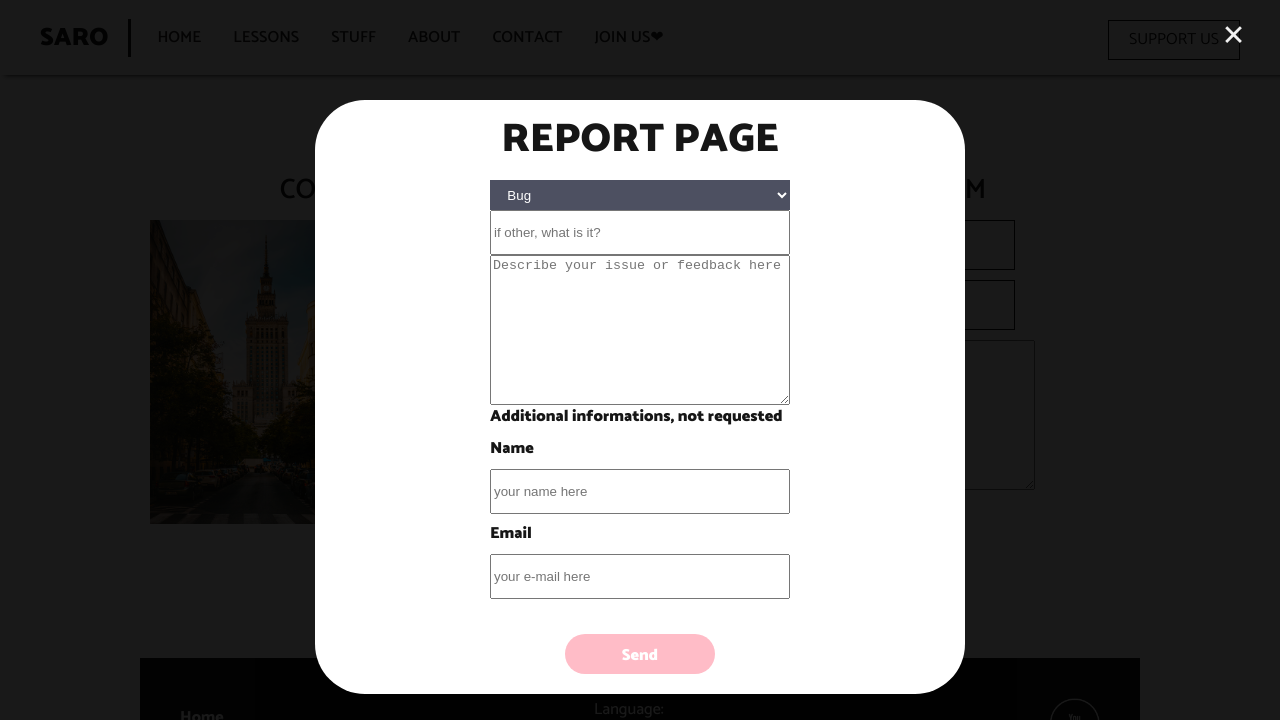
Repository: michalskirobert/SARO
Page: contact.html
The author's editor kept a copy of each file at every save. The page is drawn from the files as they stood at one save, then again after the next save.
The browser window is 1280 px wide. The pictures show the window.
Empty fields were first filled with sample values (such as "Sample", 5 or name@example.com).
After loading, the first visible `button.report` was clicked once.
A layer covers the whole window, so only the first screen is drawn.

Above is the page before, as saved 2020-10-30 14:10:45.

### contact.html
<!DOCTYPE html>
<html lang="en">

<head>
    <meta charset="UTF-8">
    <meta name="description"
        content="We are SARO. We offer free Polish lessons! This project was created as a result of a desire to help people, teaching the Polish language and share our culture and curiosities">
    <meta name="keywords"
        content="Polish lessons, Polish lessons online, online, lessons online, Polish online, free Polish lessons, polish lessons, Polska, polskie lekcje, lekcje języka polskiego, przepisy, recipes, recipe, polish foods recipe, recipes of Polish foods, żurek, naleśniki, gołąbki, żurek recipe, naleśniki recipe, gołąbki recipe, Polish cabbage rolls recipe, Polish free lessons, how to learn Polish, where to learn Polish, przypadki, polish declensions, how to make Polish words, how to make Polish sentences, SARO, SARO Polish lessons for free, SARO Polish, saro Polish lessons, Polish, Poland, Polska, polski, język polski, Polish hangman, saro, course, online, courses, english, japanese, Polish, Polish lessons, Polish curiosities, Polish tradition, Saro Polish langauge lessons online, Polish grammar, Polish media, Polish movies, Polish music, Polish foods, Polish food, pierogi, naleśniki, the best website for studying Polish, Polish lessons, Polish dictionary, Saro, Sa, Ro, Saki, Robert, Polish pronunciation, how to speak Polish, Warszawa, Warsaw, Wrocław, Wroclaw, Gdańsk, Polish cases, przypadki, Polish ortography, Polish culture, Polish traditions">
    <meta name="author" content="Robert Michalski">
    <meta name="viewport" content="width=device-width, initial-scale=1.0">
    <meta property="og:site_name" content="Saro.Website with free Polish lessons" />
    <meta property="og:url" content="www.saro.website" />
    <meta property="og:type" content="website" />
    <meta name="title" property="og:title" content="Saro.Website with free Polish lessons" />
    <meta name="image" property="og:image" content="https://saro.website/assets/img/bg/header-banner.jpg" />
    <meta property="og:image:type" content="image/png">
    <meta property="og:image:width" content="1024">
    <meta property="og:image:height" content="1024">
    <script defer src="https://saro.website/assets/js/cookie.js"></script>
    <script data-ad-client="ca-pub-5704095251892500" defer
        src="https://pagead2.googlesyndication.com/pagead/js/adsbygoogle.js"></script>
    <link rel="stylesheet" href="./assets/style/css/style.css">
    <title>Welcome to SARO - Contact</title>
</head>

<body>
    <header>
        <a href="index.html" class="header-brand">SARO</a>
        <nav>
            <button class="hamburger" aria-expanded="false">
                <div class="bar"></div>
                <div class="bar"></div>
                <div class="bar"></div>
            </button>
            <ul class="nav__desktop">
                <li><a class="nav" href="./index.html">Home</a></li>
                <li><a class="nav" href="./lessons.html">Lessons</a></li>
                <li><a class="nav" href="./stuff/index.html">Stuff</a></li>
                <li><a class="nav" href="./about.html">About</a></li>
                <li><a class="nav" href="./contact.html">Contact</a></li>
                <li><a class="nav" href="./join/">Join us❤</a></li>
            </ul>
            <a href="support_us.html" class="header-cases">Support us</a>
        </nav>
        <ul class="nav-list">
            <li><a href="index.html" class="header-brand--after">SARO</a></li>
            <li><a class="nav-links" href="./index.html">Home</a></li>
            <li><a class="nav-links" href="./lessons.html">Lessons</a></li>
            <li><a class="nav-links" href="./stuff/index.html">Stuff</a></li>
            <li><a class="nav-links" href="./about.html">About</a></li>
            <li><a class="nav-links" href="./contact.html">Contact</a></li>
            <li><a class="nav-links" href="./join/">Join us❤</a></li>
            <li><a class="nav-links" href="./support_us.html">Support us❤</a></li>
        </ul>
        <script src="./assets/js/menu.js"></script>
    </header>
    <main>
        <section class="contact">
            <div class="wrapper">
                <h1>Contact</h1>
                <div class="contact__container">
                    <div class="contact__box contact__box--item">
                        <div class="contact__box">
                            <h2>Contact center</h2>
                            <img class="image-left__center" src="./assets/img/embl/warsaw_pkin.jpg" alt="Contact SARO">
                            <p>You can contact us anytime you want! We will try our best to replay to you as fast as
                                possible.</p>
                            <p>The waiting time shoudln't be longer than 48 hours. You can use Japanese, Korean, English
                                or
                                even Polish or you can write to us by your own <a
                                    href="mailto:contact@saro.website">contact@saro.website</a></p>
                        </div>
                    </div>
                    <div class="contact__box contact__box--item">
                        <div class="contact__box">
                            <h2>Contact form</h2>
                            <form method="post">
                                <input type="text" name="language" id="language" value="en" style="display: none;">
                                <input type="text" name="name" id="name" class="form-control"
                                    placeholder=" Enter here your name..." required>
                                <p id="nameValid"></p>
                                <input type="email" name="email" id="email" class="form-control"
                                    placeholder=" Enter your e-mail here.." required>
                                <p id="emailValid"></p>
                                <textarea name="message" id="message" placeholder=" Enter your message here..." row="10"
                                    required></textarea>
                                <p id="msgValid"></p>
                                <div class="g-recaptcha" data-sitekey="6LePq8oZAAAAADzsXuOoCMldDwNQAVSSZPkOCebE"></div>
                                <p id="ajaxResponseSuccess" role="alert">
                                </p>
                                <p id="ajaxResponseFail" role="alert">
                                </p>
                                <button type="button" onclick="sendMail()" class="form__button">Send
                                    message</button>
                            </form>
                        </div>
                    </div>
                    <div class="reportButton">
                        <button class="report" onclick="report()">report</button>
                    </div>
                </div>
            </div>
            <script src="./assets/js/mail.js"></script>
            <div id="reportWindow"></div>
            <script src="./assets/js/report.js"></script>
        </section>
    </main>
    <div class="wrapper">
        <footer>
            <ul>
                <li><a href="../index.html">Home</a></li>
                <li><a href="../lessons.html">Lessons</a></li>
                <li><a href="./stuff/">Stuff</a></li>
                <li><a href="../about.html">About</a></li>
                <li><a href="../contact.html">Contact</a></li>
                <li><a href="../support_us.html">Support us</a></li>
                <li><a href="../join/">Join us❤</a></li>
            </ul>
            <div class="footer-links-cases">
                <label for="language" class="language">Language:</label><br>
                <div class="custom-select">
                    <select id="language" onchange="window.location=this.options[this.selectedIndex].value">
                        <option value="" disabled selected>English</option>
                        <option value="https://saro.website/jp/contact.html">日本語</option>
                        <option value="https://saro.website/kr/contact.html">한국어</option>
                        <option value="https://saro.website/ch/contact.html">中文</option>
                        <option value="https://saro.website/vi/contact.html">Tiếng Việt</option>
                    </select>
                    <span class="custom-arrow"></span>
                </div>
            </div>
            <div class="footer-sm">
                <a href="https://www.youtube.com/channel/UCfmBNdamq_Z70lFx-m4wpWA" target="_blank"><img
                        src="./assets/img/icons/YouTube1.png" alt="YouTube icon"></a>
                <a href="https://www.instagram.com/sarowebsite/" target="_blank"><img
                        src="./assets/img/icons/Instagram.png" alt="Instagram icon"></a>
                <a href="https://www.facebook.com/SARO-Free-Polish-Lessons-106067287815397" target="_blank"><img
                        src="./assets/img/icons/Facebook.png" alt="Facebook icon"></a>
            </div>
        </footer>
        <script src="https://www.google.com/recaptcha/api.js?onload=onloadCallback&render=explicit" async
            defer></script>
    </div>
</body>
<script src="https://www.google.com/recaptcha/api.js" async defer></script>

</html>

### assets/js/report.js
//reportJS by Robert Michalski

function report() {
  var reportWindow = document.getElementById("reportWindow");
  var pageName = window.location.pathname;
  var language = document.getElementsByTagName("html");

  for (var i = 0; i < language.length; i++) {

 if(language[i].lang === "en"){

  var codeBlock = `
    <div class="report__base" id="myReport">
    <span id="close" onclick="showOld()">&times;</span>
    <div class="report__content" id="report01">
    <h3>Report page</h3>
    <form method="post" action="https://saro.website/report.php" class="report__form">
    <input name="language" id="language" value="${language[i].lang}" style="display: none;">
    <input name="page" id="page" value="${pageName}" style="display: none;">
    <input name="lang" id="lang" value="English" style="display: none;">
    <select name="category" id="category" required>
    <option value="Bug">Bug</option>
    <option value="Page does not work">Page does not work</option>
    <option value="Problem with displying">Page displays incorrectly</option>
    <option value="other">Other</option></select>
    <input type="text" name="other" id="other" class="issue" placeholder="if other, what is it?">
    <textarea name="describe" id="describe" cols="30" rows="10" placeholder="Describe your issue or feedback here" required></textarea>
    <b>Additional informations, not requested</b>
    <div class="form__label__left">
    <label for="name">Name</label>
    <input type="text" name="name" id="name" class="issue" placeholder="your name here">
    <label for="name">Email</label>
    <input type="email" name="email" id="email" class="issue" placeholder="your e-mail here">
    <input type="submit" class="button__black" value="Send">
    </form>
    </div>
    </div>
    </div>`;
  }else if(language[i].lang === "ja"){

    var codeBlock = `
    <div class="report__base" id="myReport">
    <span id="close" onclick="showOld()">&times;</span>
    <div class="report__content" id="report01">
    <h3>レポート</h3>
    <form method="post" action="https://saro.website/report.php" class="report__form">
    <input name="language" id="language" value="${language[i].lang}" style="display: none;">
    <input name="page" id="page" value="${pageName}" style="display: none;">
    <input name="lang" id="lang" value="Japanese" style="display: none;">
    <label for="category">カテゴリー</label>
    <select name="category" id="category" required>
    <option value="Bug">バグ</option>
    <option value="Page does not work">ページがうまく動かない</option>
    <option value="Problem with displying">指定したページが一致しな</option>
    <option value="other">その他</option></select>
    <label for="other">「その他」を選んだ方は、内容をご記入下さい?</label>
    <input type="text" name="other" id="other" class="issue">
    <label for="describe">発生している状況やフィードバックをご記入下さい</label>
    <textarea name="describe" id="describe" cols="30" rows="10" required></textarea>
    <br>
    <b>以下の内容をご記入下さい。(任意)</b> <br>
    <div class="form__label__left">
    <label for="name">お名前</label>
    <input type="text" name="name" id="name" class="issue">
    <label for="name">メールアドレス</label>
    <input type="email" name="email" id="email" class="issue">
    <input type="submit" class="button__black" value="送信">
    </form>
    </div>
    </div>
    </div>`;
  }
  reportWindow.innerHTML = codeBlock;
}
}

function showOld() {
  document.getElementById("myReport").style.display = "none";
}

Loaded but not shown: assets/js/mail.js (120 lines, source omitted); assets/style/css/style.css (4313 lines, source omitted); assets/js/menu.js (no copy from this time; the picture is the same without it)

After the next save:
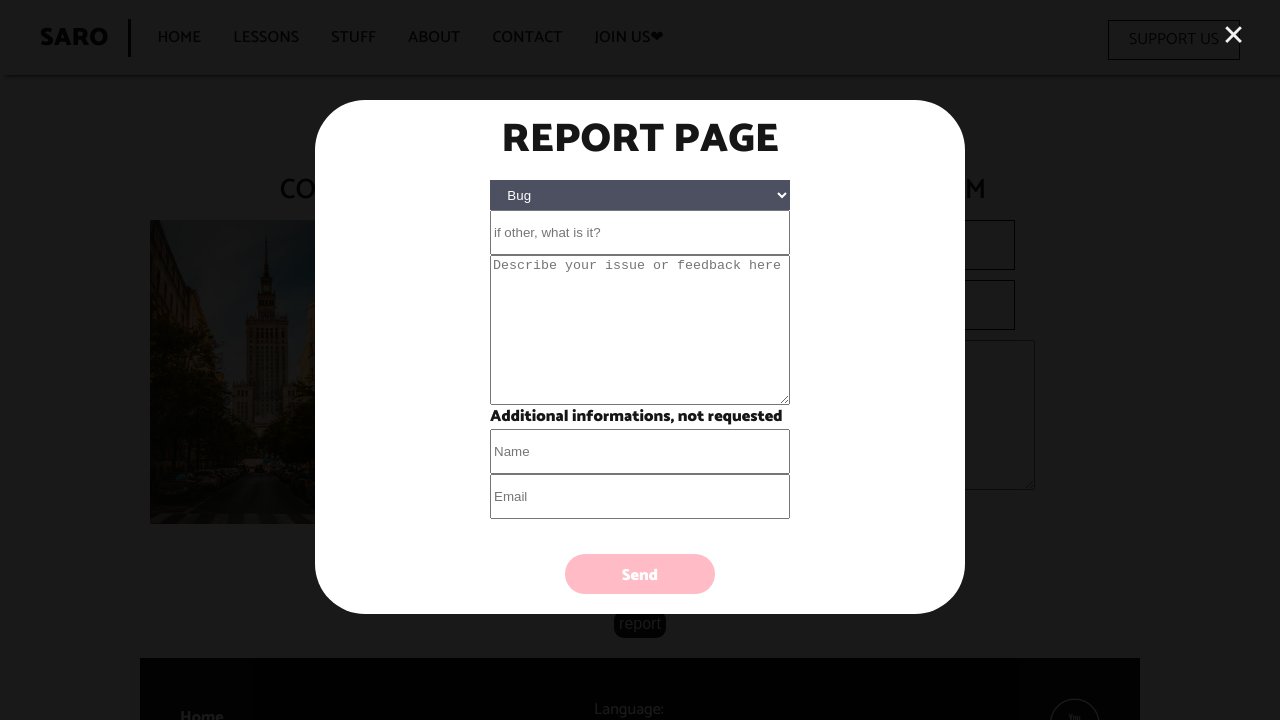
Saved 38 s later.
--- a/assets/js/report.js
+++ b/assets/js/report.js
@@ -27,10 +27,8 @@ function report() {
     <textarea name="describe" id="describe" cols="30" rows="10" placeholder="Describe your issue or feedback here" required></textarea>
     <b>Additional informations, not requested</b>
     <div class="form__label__left">
-    <label for="name">Name</label>
-    <input type="text" name="name" id="name" class="issue" placeholder="your name here">
-    <label for="name">Email</label>
-    <input type="email" name="email" id="email" class="issue" placeholder="your e-mail here">
+    <input type="text" name="name" id="name" class="issue" placeholder="Name">
+    <input type="email" name="email" id="email" class="issue" placeholder="Email">
     <input type="submit" class="button__black" value="Send">
     </form>
     </div>
